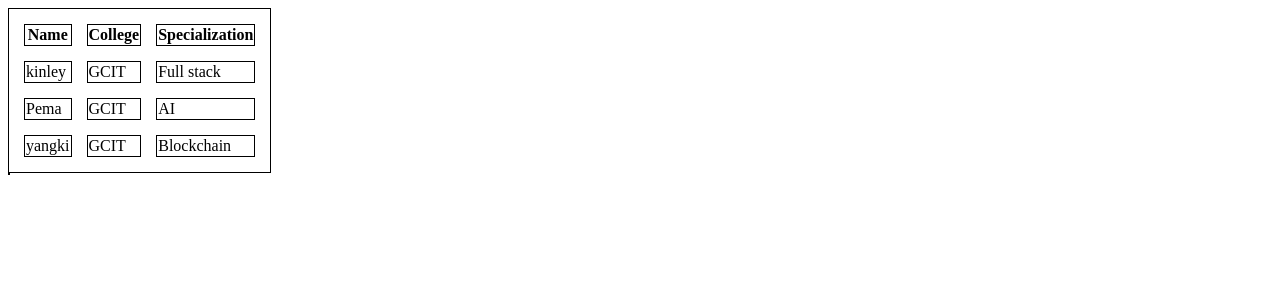
Repository: Pema-yangki/Css
Page: fed.html
These files come from the project's save history. The page is drawn as it stood at one moment and after the next save; the edit follows.
The browser window is 1280 px wide. The pictures show the whole page.

Above is the page before, as saved 2024-03-15 14:51:48.

### fed.html
<!DOCTYPE html>
<html lang="en">
<head>
    <meta charset="UTF-8">
    <meta name="viewport" content="width=device-width, initial-scale=1.0">
    <title>Document</title>
    <!-- <style>
        h1[name="greetings"]{
            color: brown;
        }
        h1[name ="king"]{
            color:aqua
        }
        h1[name="okay"]{
            color:blueviolet
        }
    </style> -->
    <style>
        table{
            border: 1px solid black;
            /* border-collapse: separate; */
            border-spacing: 15px;

        }

        table, th, td{
            border: 1px solid black;
            /* border-collapse: collapse; */

        }
    </style>
</head>
<body>
   <!-- <h1 name = "greetings">hello</h1>
   <h1 name = "king" >hi</h1>
   <h1 name = "okay">bye</h1> -->
   <table>
    <tr>
        <th>Name</th>
        <th>College</th>
        <th>Specialization</th>
    </tr>
    <tr>
        <td>kinley</td>
        <td >GCIT</td>
        <td>Full stack</td>
    </tr>
    <tr>
        <td>Pema</td>
        <td>GCIT</td>
        <td>AI</td>
    </tr>
    <tr>
        <td>yangki</td>
        <td>GCIT</td>
        <td>Blockchain</td>
    </tr>
    </table>
    <table></table>

   </table>

</body>
</html>

After the next save:
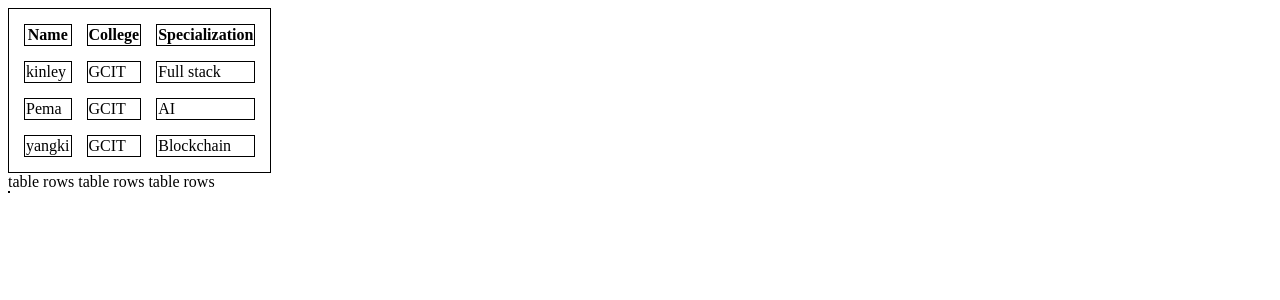
Saved 4 s later.
--- a/fed.html
+++ b/fed.html
@@ -56,7 +56,15 @@
         <td>Blockchain</td>
     </tr>
     </table>
-    <table></table>
+    <table><thead>
+        table rows
+      </thead>
+      <tfoot>
+        table rows
+      </tfoot>
+      <tbody>
+        table rows
+      </tbody></table>
 
    </table>
 
